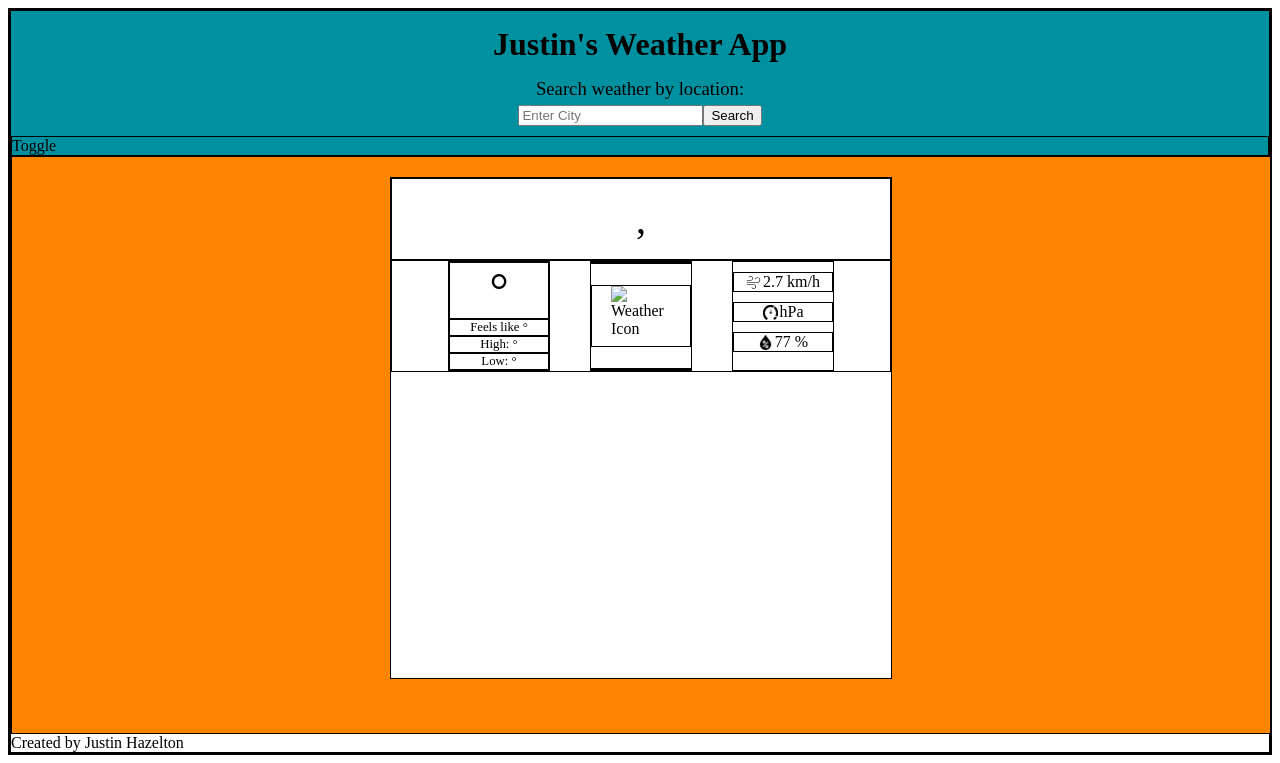
Repository: J-Haze/Weather
Page: /
An editor plug-in stored every save of this project. The page is shown before and after the next save, followed by the edit.
The browser window is 1280 px wide. The pictures show the whole page.
The project was rebuilt for these pictures with package versions that can differ from the ones it lists, and the page was loaded fresh each time. Also part of the build but not shown: src/index.css.

Above is the page before, as saved 2020-09-06 21:51:31.

After the next save:
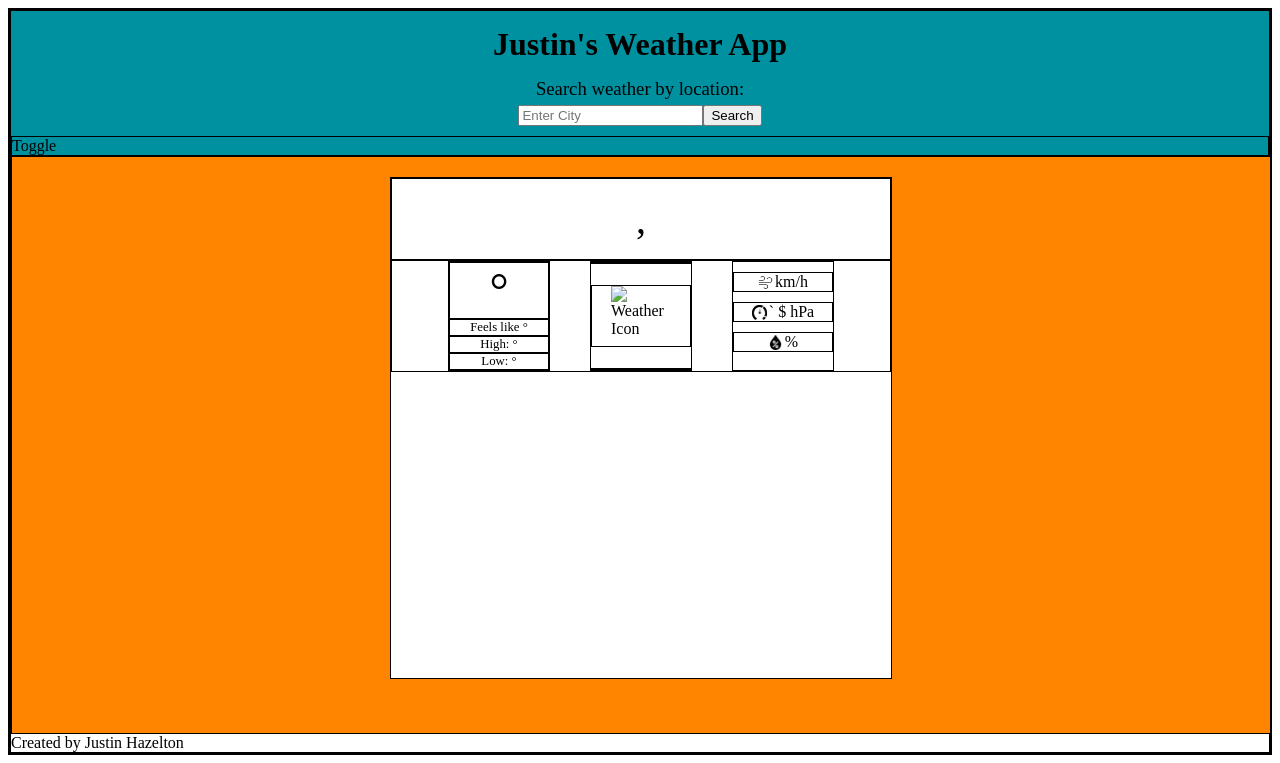
Saved 7 min 42 s later.
--- a/src/components/Weather.js
+++ b/src/components/Weather.js
@@ -86,10 +86,10 @@ const Weather = () => {
                 setPressure(data.main.pressure);
                 setHumidity(data.main.humidity);
                 setWind(data.wind.speed);
-                setTemp(data.main.temp);
-                setMax(data.main['temp_max']);
-                setMin(data.main['temp_min']);
-                setFeel(data.main['feels_like']);
+                setTemp(Math.round(data.main.temp));
+                setMax(Math.round(data.main['temp_max']));
+                setMin(Math.round(data.main['temp_min']));
+                setFeel(Math.round(data.main['feels_like']));
             } catch (error) {
                 setError(true);
                 setErrorMessage(error.message);
@@ -117,7 +117,7 @@ const Weather = () => {
         '400': humidIcon
     };
 
-
+    console.log(Math.round(295.28))
     // function toCelsius(fahrenheit) {
     //     return (fahrenheit - 32) * 5 / 9;
     // }
@@ -173,12 +173,12 @@ const Weather = () => {
                         </div>
 
                         <div className="other-container">
-                            <div className="wind other"><img src={weatherIcons['200']} className="windy" alt="Wind Icon" />2.7{wind} km/h</div>
+                            <div className="wind other"><img src={weatherIcons['200']} className="windy" alt="Wind Icon" />{wind} km/h</div>
                             <div className="pressure other">
-                                <img src={weatherIcons['300']} className="windy" alt="Wind Icon" /> {' '}  {pressure} hPa
+                                <img src={weatherIcons['300']} className="windy" alt="Wind Icon" /> {'  '}  ` ${pressure} hPa
                             </div>
                             <div className="humidity other">
-                                <img src={weatherIcons['400']} className="windy" alt="Wind Icon" /> 77{humidity} %</div>
+                                <img src={weatherIcons['400']} className="windy" alt="Wind Icon" /> {humidity} %</div>
                         </div>
                     </div>
                 </div>
